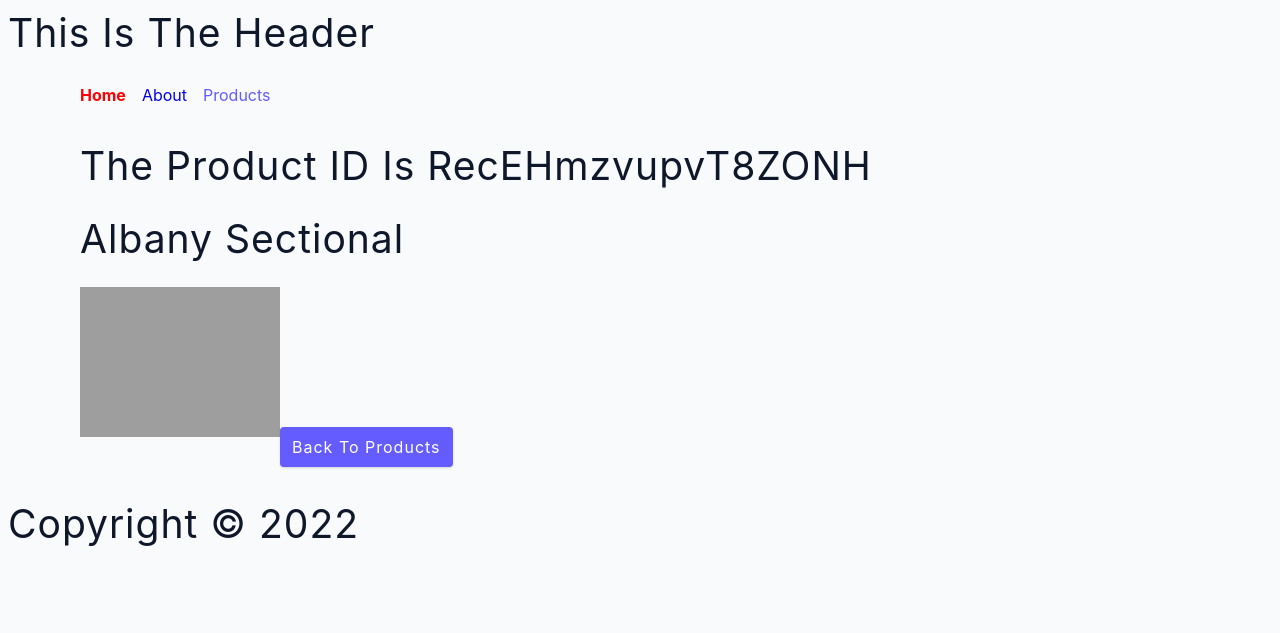
Repository: kennedyowusu/react-router-tutorial
Page: /products/recEHmzvupvT8ZONH
The author's editor kept a copy of each file at every save. The page is drawn from the files as they stood at one save, then again after the next save.
The browser window is 1280 px wide. The pictures show the whole page.
Pictures or frames that could not be fetched are drawn as grey boxes. The project was rebuilt for these pictures with package versions that can differ from the ones it lists, and the page was loaded fresh each time. Also part of the build but not shown: src/pages/About.js, src/pages/Products.js, src/pages/Home.js, src/pages/Error.js, src/components/Navbar.js.

Above is the page before, as saved 2022-12-27 18:19:47.

After the next save:
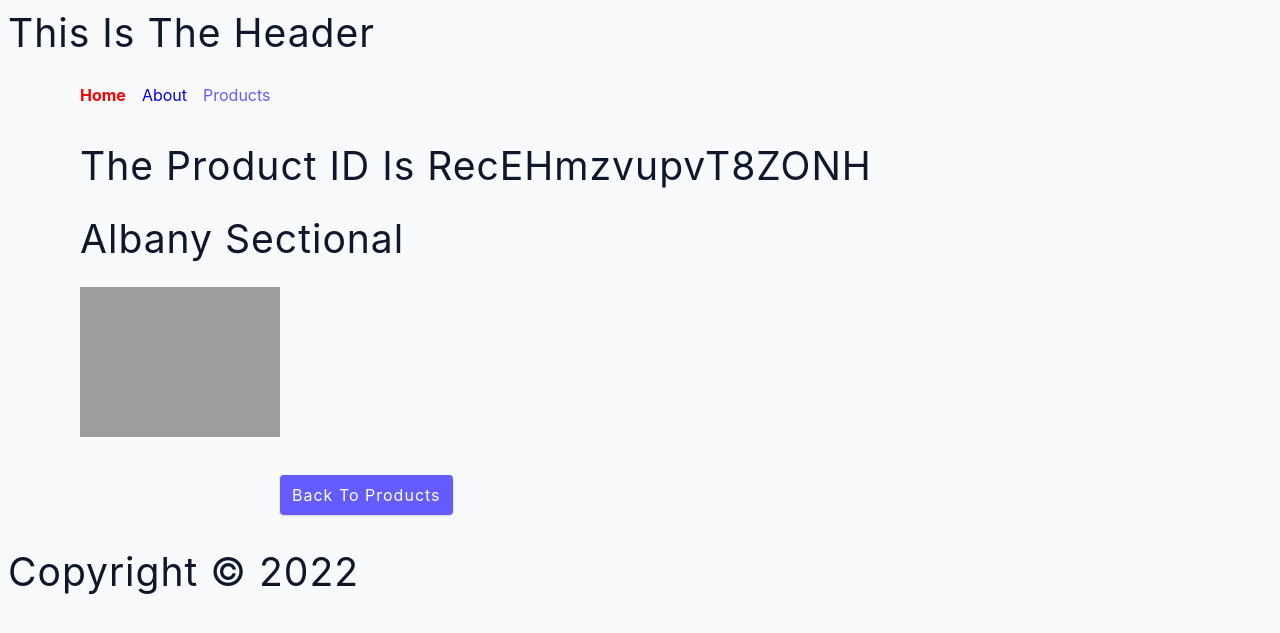
Saved 6 s later.
--- a/src/pages/SingleProduct.js
+++ b/src/pages/SingleProduct.js
@@ -13,7 +13,7 @@ const SingleProduct = () => {
     <section className='section product'>
       <h2>The product ID is {id}</h2>
       <h2>{name}</h2>
-      <img src={image || 'https://via.placeholder.com/150'} alt={name} style={{ marginBottom: '1rem' }}/>
+      <img src={image || 'https://via.placeholder.com/150'} alt={name} style={{ marginBottom: '4rem' }}/>
       <Link to='/products' className='btn'> back to products</Link>
     </section>
   );
